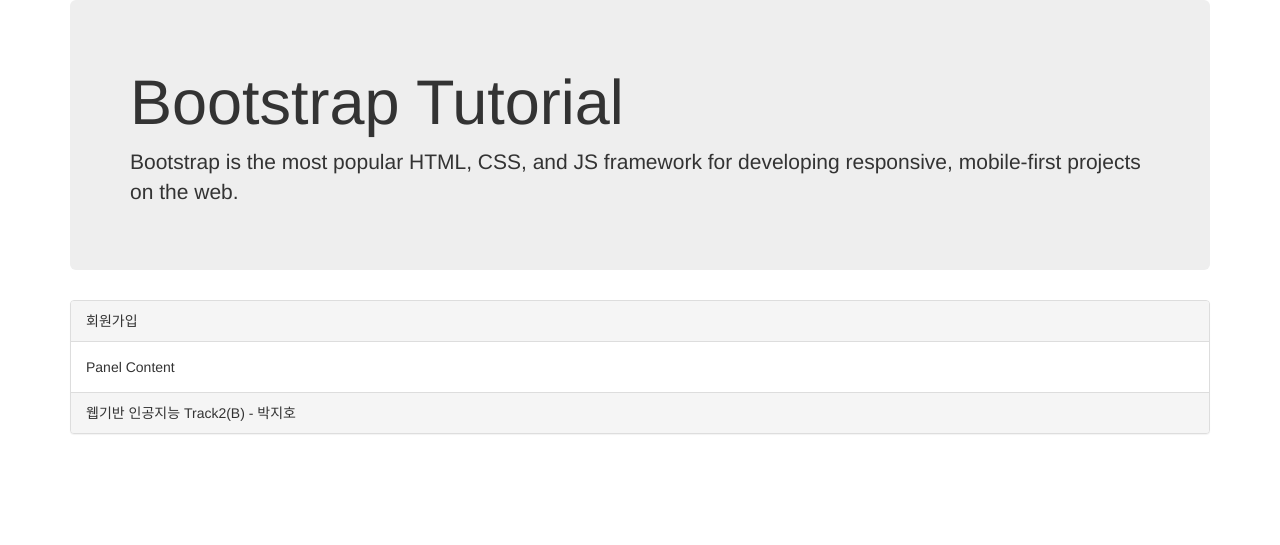
Repository: Jipumpkin/WebServer
Page: http://localhost/FrontCommandPattern/main.jsp
An editor plug-in stored every save of this project. The page is shown before and after the next save, followed by the edit.
The browser window is 1280 px wide. The pictures show the whole page.
The page is served by Tomcat 9. Other server files are loaded and not shown.

Above is the page before, as saved 2024-08-20 01:11:01.

### FrontCommandPattern/src/main/webapp/main.jsp
<%@ page language="java" contentType="text/html; charset=EUC-KR"
    pageEncoding="EUC-KR"%>
<!DOCTYPE html>
<html>
<head>
<meta charset="EUC-KR">
<title>Insert title here</title>
  <link rel="stylesheet" href="https://maxcdn.bootstrapcdn.com/bootstrap/3.4.1/css/bootstrap.min.css">
  <script src="https://ajax.googleapis.com/ajax/libs/jquery/3.7.1/jquery.min.js"></script>
  <script src="https://maxcdn.bootstrapcdn.com/bootstrap/3.4.1/js/bootstrap.min.js"></script>
</head>
<body>
	<div class="container">
	    <div class="jumbotron">
		    <h1>Bootstrap Tutorial</h1>
		    <p>Bootstrap is the most popular HTML, CSS, and JS framework for developing
		    responsive, mobile-first projects on the web.</p>
	  	</div>
	  <div class="panel panel-default">
	    <div class="panel-heading">회원가입</div>
	    <div class="panel-body">Panel Content</div>
	    <div class="panel-footer">웹기반 인공지능 Track2(B) - 박지호</div>
	  </div>
	</div>

</body>
</html>

After the next save:
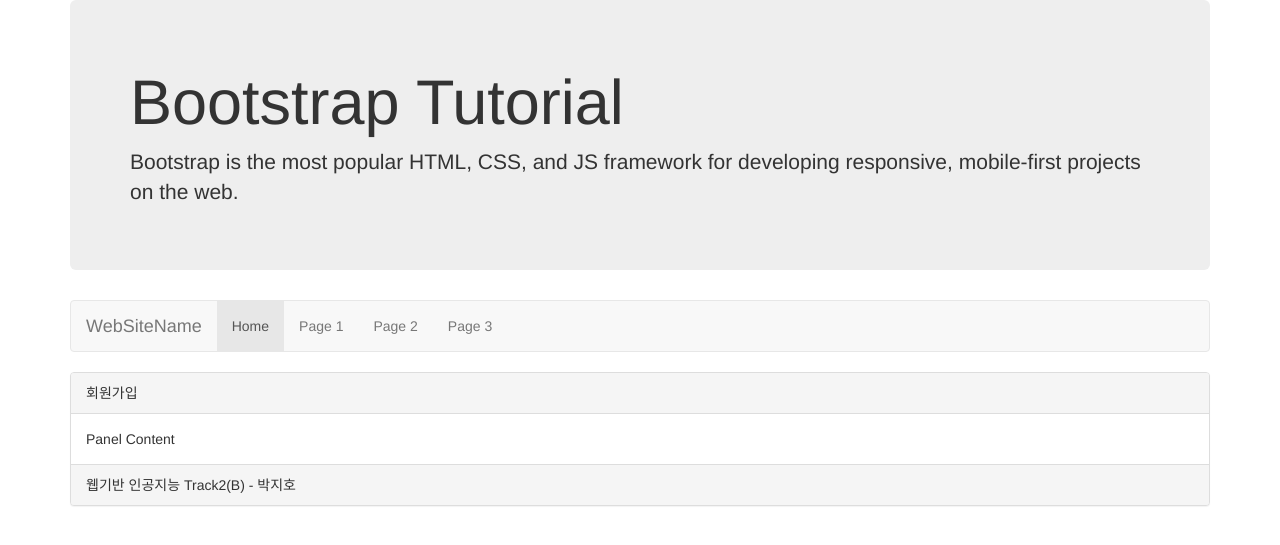
Saved 4 min 11 s later.
--- a/FrontCommandPattern/src/main/webapp/main.jsp
+++ b/FrontCommandPattern/src/main/webapp/main.jsp
@@ -16,11 +16,27 @@
 		    <p>Bootstrap is the most popular HTML, CSS, and JS framework for developing
 		    responsive, mobile-first projects on the web.</p>
 	  	</div>
-	  <div class="panel panel-default">
-	    <div class="panel-heading">회원가입</div>
-	    <div class="panel-body">Panel Content</div>
-	    <div class="panel-footer">웹기반 인공지능 Track2(B) - 박지호</div>
-	  </div>
+
+		<nav class="navbar navbar-default">
+		  <div class="container-fluid">
+		    <div class="navbar-header">
+		      <a class="navbar-brand" href="#">WebSiteName</a>
+		    </div>
+		    <ul class="nav navbar-nav">
+		      <li class="active"><a href="#">Home</a></li>
+		      <li><a href="#">Page 1</a></li>
+		      <li><a href="#">Page 2</a></li>
+		      <li><a href="#">Page 3</a></li>
+		    </ul>
+		  </div>
+		</nav>
+
+
+	 	<div class="panel panel-default">
+		    <div class="panel-heading">회원가입</div>
+		    <div class="panel-body">Panel Content</div>
+		    <div class="panel-footer">웹기반 인공지능 Track2(B) - 박지호</div>
+	  	</div>
 	</div>
 
 </body>
